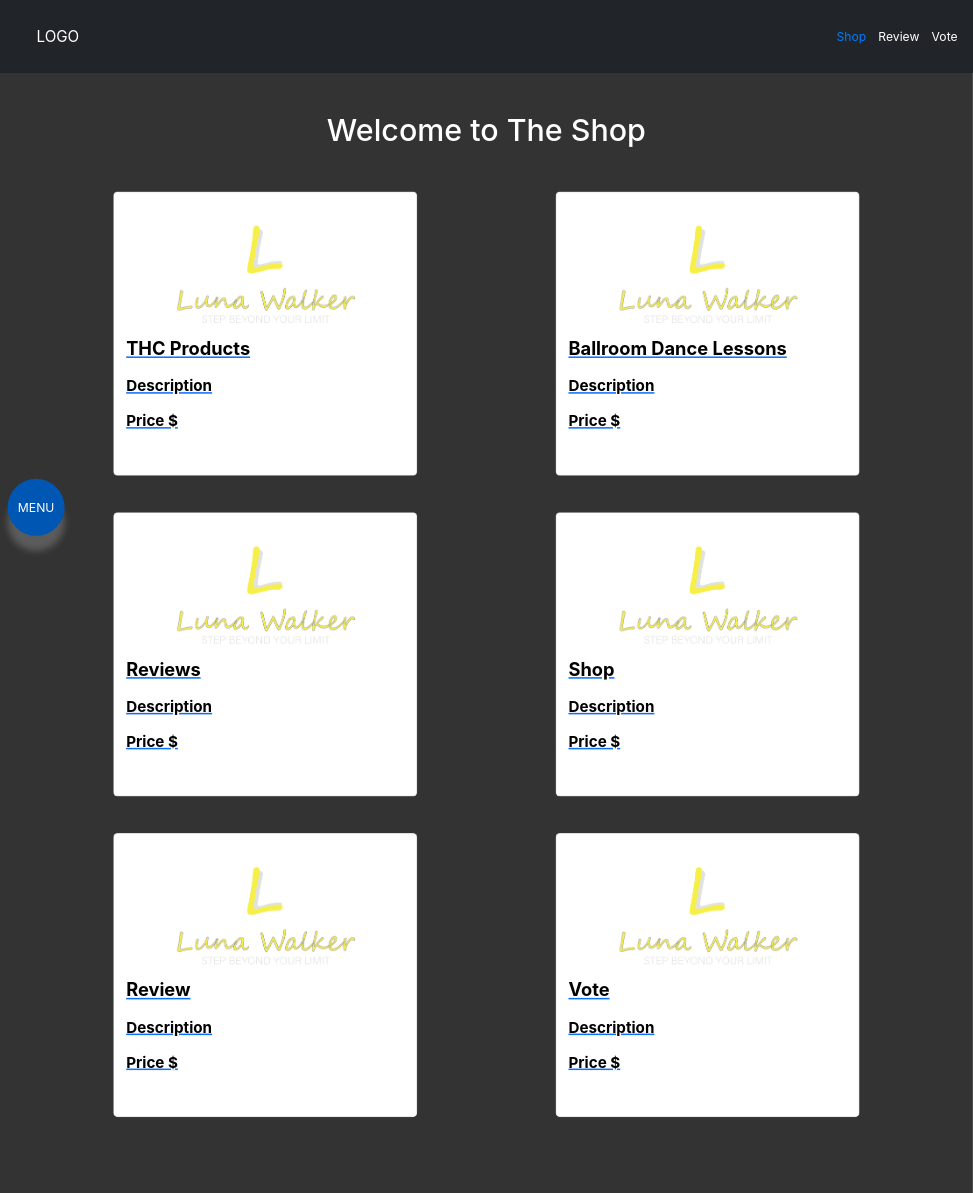
Repository: DragonFruit8/basic-website
Page: /shop
These files come from the project's save history. The page is drawn as it stood at one moment and after a run of saves; the edit follows.
The browser window is 1280 px wide. The pictures show the whole page, at 76% of full size.
The pointer rests on the first visible `#sidebarButton`.
The project was rebuilt for these pictures with package versions that can differ from the ones it lists, and the page was loaded fresh each time. Also part of the build but not shown: src/sections/MissionSec.js, src/sections/AboutSec.js, src/sections/ServiceSec.js, src/Img/LunaLogo.js, src/sections/SupportSec.js, src/sections/HeroSec.js, src/pages/HomePage.js.

Above is the page before, as saved 2024-06-23 10:11:38.

### public/index.html
<!DOCTYPE html>
<html lang="en">
  <head>
    <meta charset="utf-8" />
    <link rel="icon" href="%PUBLIC_URL%/favicon.ico" />
    <meta name="viewport" content="width=device-width, initial-scale=1" />
    <meta name="theme-color" content="#000000" />
    <meta
      name="description"
      content="Web site created using create-react-app"
    />
    <link rel="apple-touch-icon" href="%PUBLIC_URL%/logo192.png" />
    <!--
      manifest.json provides metadata used when your web app is installed on a
      user's mobile device or desktop. See https://developers.google.com/web/fundamentals/web-app-manifest/
    -->
    <link rel="manifest" href="%PUBLIC_URL%/manifest.json" />
    <link href="https://cdn.jsdelivr.net/npm/bootstrap@5.3.3/dist/css/bootstrap.min.css" rel="stylesheet" integrity="sha384-QWTKZyjpPEjISv5WaRU9OFeRpok6YctnYmDr5pNlyT2bRjXh0JMhjY6hW+ALEwIH" crossorigin="anonymous">
    <!--
      Notice the use of %PUBLIC_URL% in the tags above.
      It will be replaced with the URL of the `public` folder during the build.
      Only files inside the `public` folder can be referenced from the HTML.

      Unlike "/favicon.ico" or "favicon.ico", "%PUBLIC_URL%/favicon.ico" will
      work correctly both with client-side routing and a non-root public URL.
      Learn how to configure a non-root public URL by running `npm run build`.
    -->
    <title>React App</title>
  </head>
  <body>
    <noscript>You need to enable JavaScript to run this app.</noscript>
    <div id="root"></div>
    <!--
      This HTML file is a template.
      If you open it directly in the browser, you will see an empty page.

      You can add webfonts, meta tags, or analytics to this file.
      The build step will place the bundled scripts into the <body> tag.

      To begin the development, run `npm start` or `yarn start`.
      To create a production bundle, use `npm run build` or `yarn build`.
    -->
    <script src="https://cdn.jsdelivr.net/npm/@popperjs/core@2.11.8/dist/umd/popper.min.js" integrity="sha384-I7E8VVD/ismYTF4hNIPjVp/Zjvgyol6VFvRkX/vR+Vc4jQkC+hVqc2pM8ODewa9r" crossorigin="anonymous"></script>
<script src="https://cdn.jsdelivr.net/npm/bootstrap@5.3.3/dist/js/bootstrap.min.js" integrity="sha384-0pUGZvbkm6XF6gxjEnlmuGrJXVbNuzT9qBBavbLwCsOGabYfZo0T0to5eqruptLy" crossorigin="anonymous"></script>
  </body>
</html>

### src/App.js
import React from 'react';
import { BrowserRouter as Router, Routes, Route } from 'react-router-dom';
import './App.css';
import Navbar from './components/Navbar';
import Sidebar from './components/Sidebar';
import HomePage from './pages/HomePage';
import ShopPage from './pages/ShopPage';

function App() {

  return (
    <>
      <Router>
        <Navbar />
        <Sidebar />
        <Routes>
          <Route path="/" element={<HomePage />} />
          <Route path="/shop" element={<ShopPage />} />
        </Routes>
   </Router>
    </>
  );
}

export default App;

### src/App.css
.App {
  text-align: center;
  z-index: -10;
}

.App-logo {
  height: 40vmin;
  pointer-events: none;
  z-index: 0;
}

@media (prefers-reduced-motion: no-preference) {
  .App-logo {
    animation: App-logo-spin infinite 20s linear;
  }
}

.App-header {
  background-color: #282c34;
  min-height: 100vh;
  display: flex;
  flex-direction: column;
  align-items: center;
  justify-content: center;
  font-size: calc(10px + 2vmin);
  color: white;
}

.App-link {
  color: #61dafb;
}
#sidebar {
  display: flex;
  flex-direction: column;
  background-color: transparent !important;
  height: 100%;
  width: 100px;
  position: fixed;
  top: 55px;
  left: 0;
  z-index: 1;
  overflow-x: hidden;
  padding-top: 20px;
  z-index: 10;
  /* rounded corners*/
  border-radius: 100px;

}

#offcanvasNavbar{
  position: fixed;
  margin-top: 55px;
}

#sidebarButton {
  position: absolute;
  bottom: 100px;
  left: 0px;
  width: 75px;
  height: 75px;
  border: none;
  color: white;
  padding: 10px 10px;
  text-align: center;
  text-decoration: none;
  display: inline-block;
  font-size: 16px;
  margin: auto auto -30px 10px;
  cursor: pointer;
  z-index: 100;
  border-radius: 100%;
  background-color: #007bff;
}

#sidebarButton:hover {
  background-color: #0056b3;
  box-shadow: 0 20px 10px 0 rgba(255, 255, 255, 0.2);

}

#closeButton, .btn-close {
  color: white !important;
  margin-left: 15px;
}
#aboutSec {
  height: 75vh;
}
.offcanvas-body {
 padding: 0 100px 0 100px;
}
#luna {
  position: relative;
  background-size: cover;
  background-repeat: no-repeat;
  background-position: center;
  height: auto;
  width: 250px;
  margin: 0 auto;
}

/* HomePage Hero */
.hero {
  height: 100vh;
  width: 100%;
  display: flex;
  align-items: center;
  color: white !important;
  text-align: center;
  font-size: 2rem;
  font-weight: 700;
  background: url('https://unsplash.com/photos/photo-of-outer-space-Q1p7bh3SHj8');
  background-size: cover;
  background-repeat: no-repeat;
  background-position: center;
  background-color: rgba(0, 0, 0, 0.8);

}
.hero-content
.dropdown-item {
  width: 100%;
  margin: 0 auto;
  color: white;
  background-color: #007bff;
}
.dropdown-item:hover {
  background-color: #0056b3;
  color: white;
}


a.nav-link, a.nav-item {
  color: white !important;
}
a.nav-link, a.nav-item {
 padding: 20px 0 20px 0;
}

a.nav-link:hover, a.nav-item:hover {
  color: #ffd000 !important;
}
a.active {
  color: #007bff !important;
}

/* Shop */
.shop {
  height: auto;
  width: 100%;
  display: flex;
  align-items: center;
  color: white !important;
  text-align: center;
  font-size: 2rem;
  font-weight: 700;
  background-color: rgba(0, 0, 0, 0.8);
  flex-wrap: wrap;
  padding-top: 100px;
  padding-bottom: 100px;
}
#shopItem {
  min-width: 400px;
  margin: 0 auto;
  color: white;
  list-style-type: none;
  padding: 0;
}

@keyframes App-logo-spin {
  from {
    transform: rotate(0deg);
  }
  to {
    transform: rotate(360deg);
  }
}

### src/components/Navbar.js
import React from 'react';
import data from '../../src/data';
// import axio from '../Instance';
// import Button from 'react-bootstrap/Button';
// import Modal from 'react-bootstrap/Modal';


const Navbar = () => {

    // const [email, setEmail] = useState('');
    // const [comment, setComment] = useState('');
    // const [show, setShow] = useState(false);

    // const handleClose = () => setShow(false);
    // const handleShow = () => setShow(true);

    // const clearForm = () => {
    //     setEmail('');
    //     setComment('');
    // };



    // const handleSubmit = (event) => {
    //     event.preventDefault();

    //     axio.post('/comments', {
    //         email,
    //         comment
    //     })
    //         .then(() => {
    //             console.log('Review submitted');
    //         })
    //         .catch((error) => {
    //             console.log(error);
    //         });
    //     clearForm();
    // };

    const path = window.location.pathname;
    return (
        <>
            {/* navbar navbar-expand-lg bg-body-tertiary navbar-dark bg-dark */}
            <nav className="navbar navbar-dark navbar-expand-lg bg-dark fixed-top">
                <div className="container-fluid ps-5">
                    <a className="navbar-brand" href="/">LOGO</a>
                    <button className="navbar-toggler" type="button" data-bs-toggle="collapse" data-bs-target="#navbarNav" aria-controls="navbarNav" aria-expanded="false" aria-label="Toggle navigation">
                        <span className="navbar-toggler-icon"></span>
                    </button>
                    <div className="collapse navbar-collapse" id="navbarNav">
                        <ul className="navbar-nav my-2 ms-auto me-0">
                            <li className="nav-item">
                                <a className={`nav-link ${path === `/${data.link1.b}` ? 'active' : ''}`} aria-current="page" href={`/${data.link1.b}`}>{data.link1.a}</a>
                            </li>
                            <li className="nav-item">
                                <a className={`nav-link ${path === `/${data.link2.b}` ? 'active' : ''}`} aria-current="page" href={`/${data.link2.b}`}>{data.link2.a}</a>
                            </li>
                            <li className="nav-item">
                                <a className={`nav-link ${path === `/${data.link3.b}` ? 'active' : ''}`} aria-current="page" href={`/${data.link3.b}`}>{data.link3.a}</a>
                            </li>
                        </ul>
                        {/* <span id='reviewModal' className="d-flex">
                                <Button variant="primary" onClick={handleShow}>Write a Review</Button>
                            </span> */}
                    </div>
                </div>
            </nav>
            {/* <Modal show={show} onHide={handleClose}>
                <Modal.Header closeButton>
                    <Modal.Title>Modal heading</Modal.Title>
                </Modal.Header>
                <Modal.Body>
                    <div
                        className="modal show"
                        style={{ display: 'block', position: 'initial' }}
                    >
                        <form // onSubmit={handleSubmit}
                        >
                            <div className="form-group">
                                <label htmlFor="email"
                                    className='form-label fs-5'
                                >Email</label>
                                <input
                                    type="email"
                                    id="email"
                                    value={email}
                                    onChange={(event) => setEmail(event.target.value)}
                                    required
                                    className='form-control'
                                />
                            </div>
                            <div className="form-group">
                                <label htmlFor="comment"
                                    className='form-label fs-5'
                                >Comment</label>
                                <textarea
                                    id="comment"
                                    value={comment}
                                    onChange={(event) => setComment(event.target.value)}
                                    required
                                    className='form-control'
                                />
                            </div>
                            <Button type="submit">Submit</Button>
                        </form>
                    </div>
                </Modal.Body>
                <Modal.Footer>
                    <Button variant="secondary" onClick={handleClose}>
                        Close
                    </Button>
                </Modal.Footer>
            </Modal> */}
        </>
    );
}

export default Navbar;

### src/components/Sidebar.js
import React from 'react'

export const canvasButton = () => {
    return (
        <button id='sidebarButton' className="btn btn-primary" type="button" data-bs-toggle="offcanvas" data-bs-target="#offcanvasNavbar" aria-controls="offcanvasNavbar">
        MENU
        </button>
    )
    }
export default function Sidebar() {

    return (
        <div>
            <sidebar id="sidebar" className="navbar bg-body-tertiary fixed-top">
                <div className="container-fluid">
                    <div className="offcanvas offcanvas-start bg-dark" tabindex="-1" id="offcanvasNavbar" aria-labelledby="offcanvasNavbarLabel">

                        <div className="offcanvas-body">
                            <ul className="navbar-nav justify-content-end flex-grow-1 pe-3 mt-5">

                                        <li><a className="nav-link" href="/shop">Shop</a></li>
                                        <li><a className="nav-link" href="/">Review</a></li>
                                        <li>
                                            <hr className="dropdown-divider" />
                                        </li>
                                        <li><a className="nav-link" href="/">Vote</a></li>
                            </ul>
                            {/* <form className="d-flex mt-3" role="search">
                                <input className="form-control me-2" type="search" placeholder="Search" aria-label="Search" />
                                <button className="btn btn-outline-success" type="submit">Search</button>
                            </form> */}
                        </div>
                    <div className="offcanvas-footer d-flex justify-content-start mb-5 ms-3">
                        {/* <h5 className="offcanvas-title" id="offcanvasNavbarLabel"></h5> */}
                        <button id='close' type="button" className="btn-close" data-bs-dismiss="offcanvas" aria-label="Close"></button>
                    </div>
                    </div>
                </div>
                {
                    canvasButton()
                }
            </sidebar>


        </div>
    )
}

### src/pages/ShopPage.js
import React from 'react';
import data from '../../src/data';
import ProductImage from '../../src/Img/ProductImage';

const ShopPage = () => {
    return (
        <section className="shop">
                <div className="container">
                    <div className="row justify-content-center my-5">
                        <div className="col-lg-6">
                            <div className="hero-content">
                                <h1>Welcome to The Shop</h1>
                            </div>
                        </div>
                    </div>
                </div>
            <div className="container">
                <div className="row">
                    <div className="d-flex col flex-wrap gap-5">
                        {
                            Object.keys(data).map((key, index) => {
                                return (
                                    <ul id="shopItem" className="card">
                                            <a href={`/${data[key].b}`} className="d-flex justify-content-start mb-2">
                                        <li key={index} className='list-unstyled mt-3 mb-3 card-body' style={{ fontSize: '1.5rem' }}>
                                                <ProductImage />
                                            <p className="d-flex justify-content-start text-black fs-4">{data[key].a}</p>
                                                {/* {data[key].a} */}
                                            <p className="d-flex justify-content-start text-black fs-5">Description</p>
                                            <p className="d-flex justify-content-start text-black fs-5">Price $</p>
                                        </li>
                                            </a>
                                    </ul>
                                );
                            })
                        }
                    </div>
                </div>
            </div>
        </section>
    );
};

export default ShopPage;

### src/data.js
const data = {
    thcProductsLink: { a: 'THC Products', b: 'thc-products' },
    ballroomDanceLessonsLink: { a: 'Ballroom Dance Lessons', b: 'ballroom-dance-lessons' },
    reviewsLink: { a: 'Reviews', b: 'reviews' },
    link1: { a: 'Shop', b: 'shop' },
    link2: { a: 'Review', b: 'review' },
    link3: { a: 'Vote', b: 'vote' }
};

export default data;

### src/Img/ProductImage.js
import React from 'react'
import '../../src/Img/Luna_logo.png'
const ProductImage = () => {
    const productImg = require('../../src/Img/Luna_logo.png')
    return (
        <div>
            <img
                id='luna'
                src={productImg}
                alt="placeholder"
                className="img-fluid"
                width="50px"
                height="50px"
                />
        </div>
    )
}

export default ProductImage

Loaded but not shown: src/index.js (common file); src/index.css (common file); src/reportWebVitals.js (common file); public/manifest.json (common file)

After the next 2 saves:
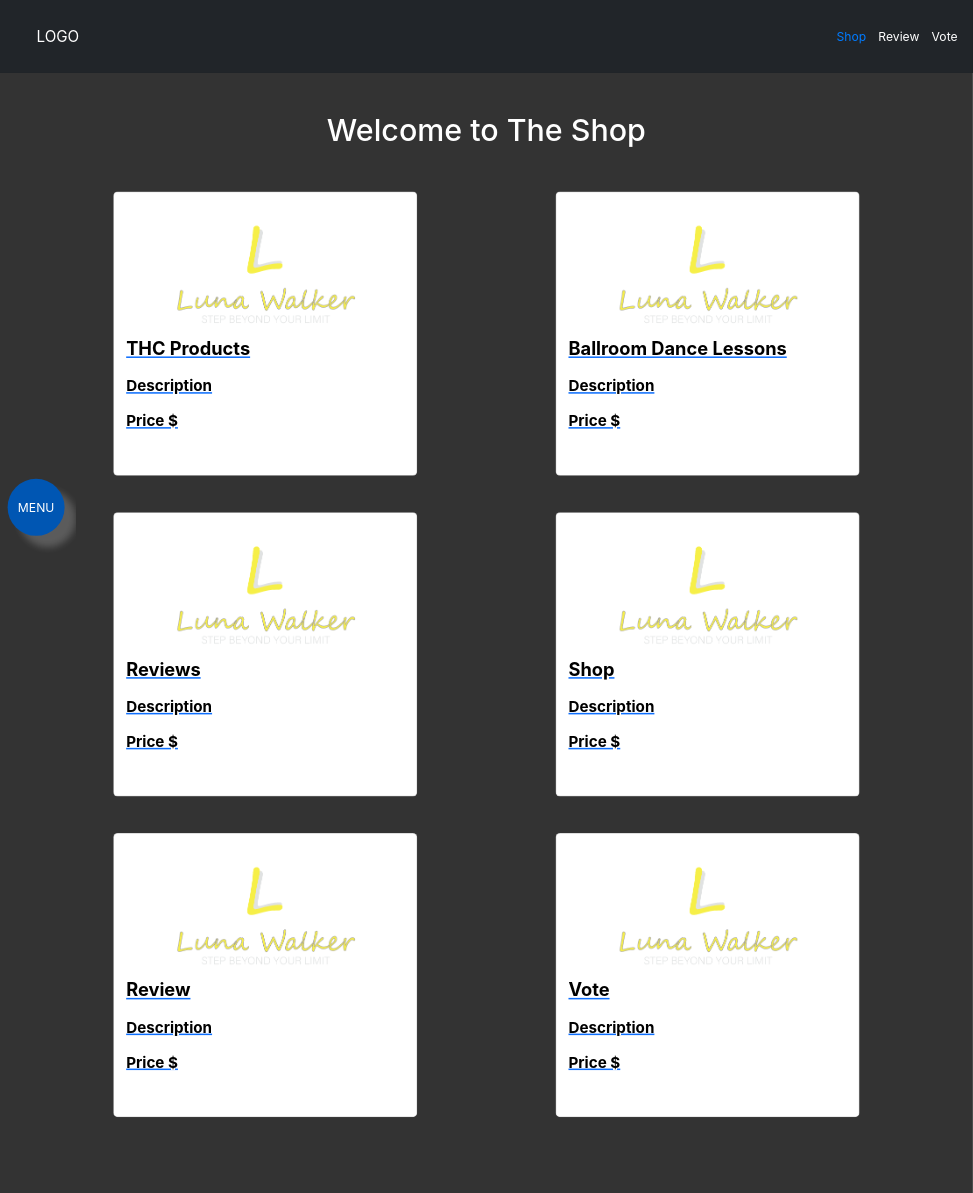
The 2 saves are shown as one change because they came seconds apart.
The last was saved 8 s later.
--- a/src/App.css
+++ b/src/App.css
@@ -74,7 +74,7 @@
 
 #sidebarButton:hover {
   background-color: #0056b3;
-  box-shadow: 0 20px 10px 0 rgba(255, 255, 255, 0.2);
+  box-shadow: 15px 15px 10px 0 rgba(255, 255, 255, 0.2);
 
 }
 
